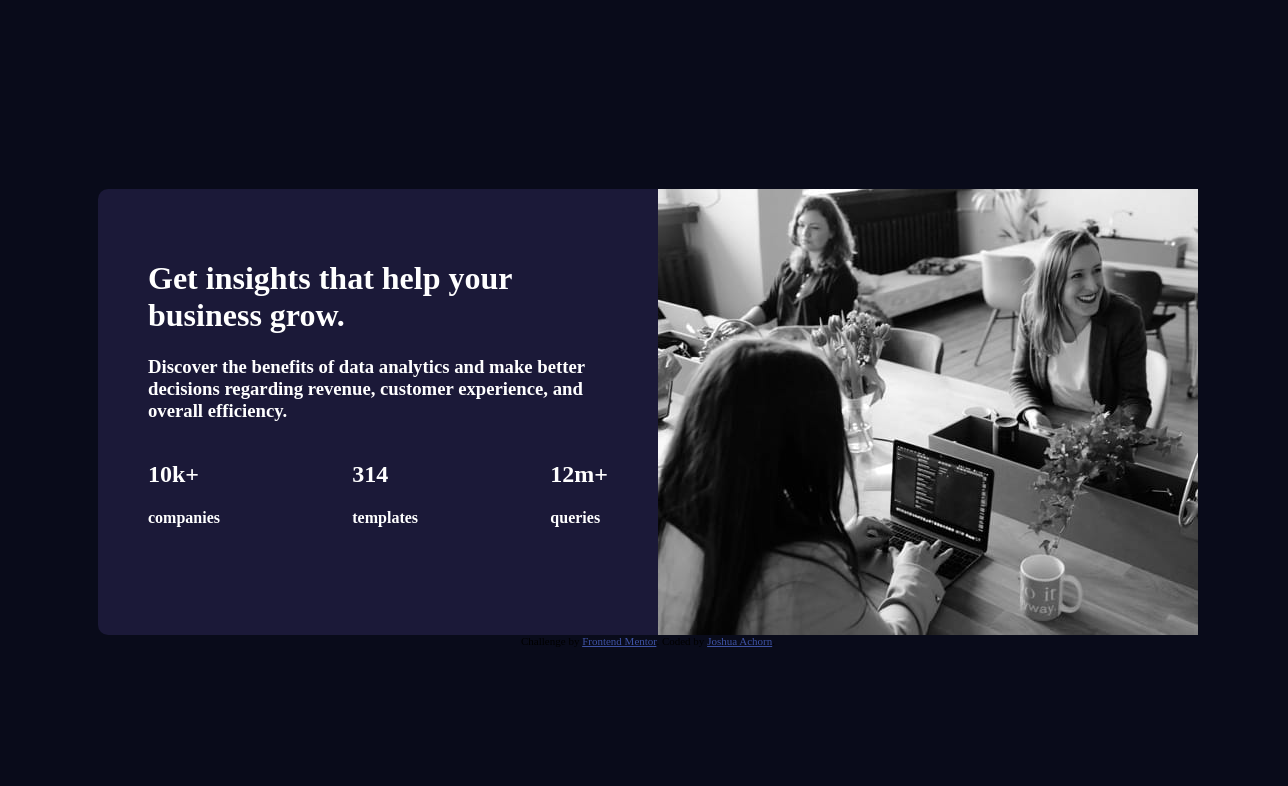
Repository: Achorn/stats-preview-card
Page: index.html
These files come from the project's save history. The page is drawn as it stood at one moment and after the next save; the edit follows.
The browser window is 1280 px wide. The page is 1288 px wide, so the pictures cover 1288 px, including what lies to the right of the window. The pictures show the whole page.

Above is the page before, as saved 2021-06-16 17:36:58.

### index.html
<!DOCTYPE html>
<html lang="en">
  <head>
    <meta charset="UTF-8" />
    <meta name="viewport" content="width=device-width, initial-scale=1.0" />
    <!-- displays site properly based on user's device -->
    <link rel="stylesheet" href="styles.css" />
    <link
      rel="icon"
      type="image/png"
      sizes="32x32"
      href="./images/favicon-32x32.png"
    />

    <title>Frontend Mentor | Stats preview card component</title>

    <!-- Feel free to remove these styles or customise in your own stylesheet 👍 -->
    <style>
      .attribution {
        font-size: 11px;
        text-align: center;
      }
      .attribution a {
        color: hsl(228, 45%, 44%);
      }
    </style>
  </head>
  <body>
    <div id="card-container">
      <div id="text-container">
        <div id="title-container">
          <h1 id="title">Get insights that help your business grow.</h1>
          <h3>
            Discover the benefits of data analytics and make better decisions
            regarding revenue, customer experience, and overall efficiency.
          </h3>
        </div>

        <div id="desc-container">
          <div id="desc">
            <h2>10k+</h2>
            <h4>companies</h4>
          </div>
          <div id="desc">
            <h2>314</h2>
            <h4>templates</h4>
          </div>
          <div id="desc">
            <h2>12m+</h2>
            <h4>queries</h4>
          </div>
        </div>
      </div>
      <img id="stat-image" src="/images/image-header-desktop.jpg" alt="" />
    </div>
    <div class="attribution">
      Challenge by
      <a href="https://www.frontendmentor.io?ref=challenge" target="_blank"
        >Frontend Mentor</a
      >. Coded by <a href="#">Joshua Achorn</a>.
    </div>
  </body>
</html>

### styles.css
body {
  padding-top: 50px;
  width: 100%;
  /* background-color: white; */
  background-color: hsl(233, 47%, 7%);
  height: 100vh;
  display: flex;
  flex-direction: column;
  justify-content: center;
  align-items: center;
}

#card-container {
  border-radius: 10px;
  width: 90%;
  max-width: 1100px;
  color: white;
  background-color: hsl(244, 38%, 16%);
  display: flex;
}

#text-container {
  padding: 50px;
}
#desc-container {
  display: flex;
  justify-content: space-between;
  flex-wrap: wrap;
}

@media screen and (max-width: 1000px) {
  #card-container {
    max-width: 600px;
    text-align: center;
    width: 90%;
    flex-direction: column-reverse;
  }
}

@media screen and (max-width: 500px) {
  #desc-container {
    flex-direction: column;
    justify-content: center;
  }
}

After the next save:
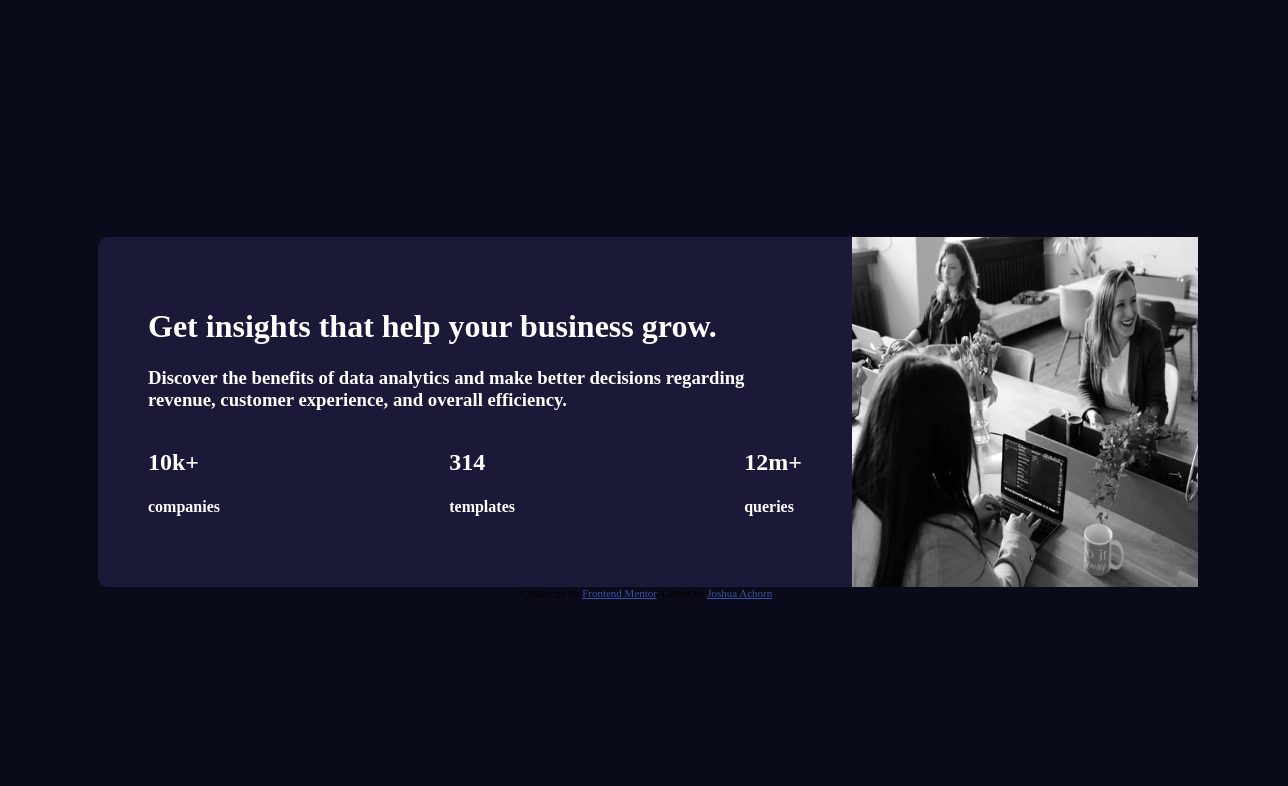
Saved 36 s later.
--- a/styles.css
+++ b/styles.css
@@ -43,3 +43,7 @@ body {
     justify-content: center;
   }
 }
+
+img {
+  overflow: hidden;
+}

After the save that followed:
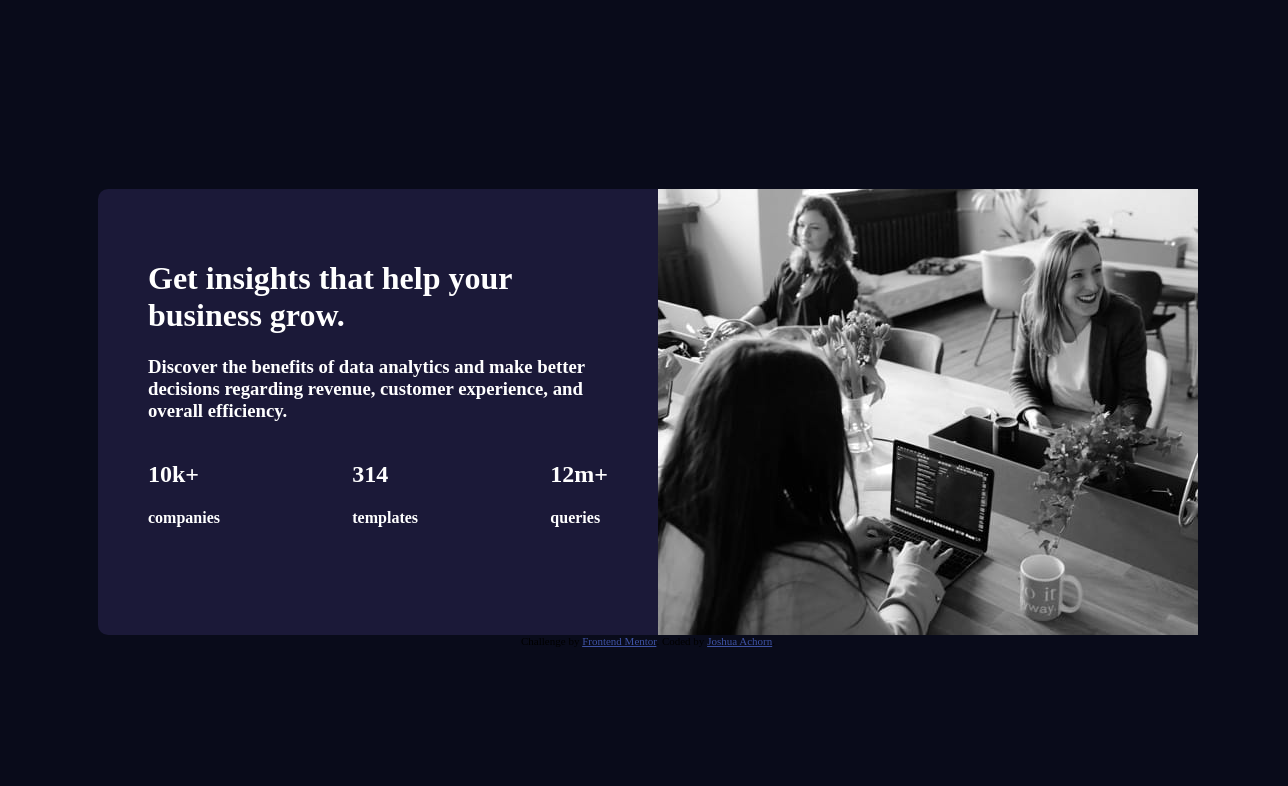
Saved 12 s later.
--- a/styles.css
+++ b/styles.css
@@ -43,7 +43,3 @@ body {
     justify-content: center;
   }
 }
-
-img {
-  overflow: hidden;
-}
